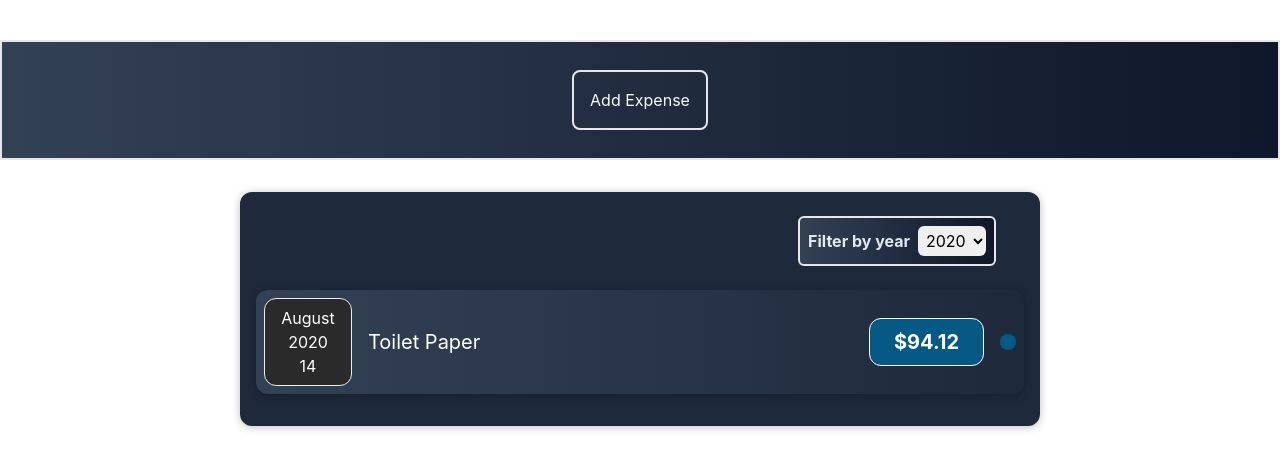
Repository: Sef24/expense-tracker
Page: /
These files come from the project's save history. The page is drawn as it stood at one moment and after the next save; the edit follows.
The browser window is 1280 px wide. The pictures show the whole page.
The project was rebuilt for these pictures with package versions that can differ from the ones it lists, and the page was loaded fresh each time. Also part of the build but not shown: src/components/NewExpense/NewExpense.css, src/components/NewExpense/ExpenseForm.css, src/components/NewExpense/ExpenseForm.js.

Above is the page before, as saved 2022-05-03 16:36:44.

### public/index.html
<!DOCTYPE html>
<html lang="en">
  <head>
    <meta charset="utf-8" />
    <link rel="icon" href="%PUBLIC_URL%/favicon.ico" />
    <meta name="viewport" content="width=device-width, initial-scale=1" />

    <meta
      name="description"
      content="Web site created using create-react-app"
    />
    <link rel="apple-touch-icon" href="%PUBLIC_URL%/logo192.png" />
    <!--
      manifest.json provides metadata used when your web app is installed on a
      user's mobile device or desktop. See https://developers.google.com/web/fundamentals/web-app-manifest/
    -->
    <link rel="manifest" href="%PUBLIC_URL%/manifest.json" />
    <!--
      Notice the use of %PUBLIC_URL% in the tags above.
      It will be replaced with the URL of the `public` folder during the build.
      Only files inside the `public` folder can be referenced from the HTML.

      Unlike "/favicon.ico" or "favicon.ico", "%PUBLIC_URL%/favicon.ico" will
      work correctly both with client-side routing and a non-root public URL.
      Learn how to configure a non-root public URL by running `npm run build`.
    -->
    <title>React App</title>
  </head>
  <body>
    <noscript>You need to enable JavaScript to run this app.</noscript>
    <div id="root"></div>
    <!--
      This HTML file is a template.
      If you open it directly in the browser, you will see an empty page.

      You can add webfonts, meta tags, or analytics to this file.
      The build step will place the bundled scripts into the <body> tag.

      To begin the development, run `npm start` or `yarn start`.
      To create a production bundle, use `npm run build` or `yarn build`.
    -->
  </body>
</html>

### src/App.js
import Expenses from "./components/Expenses";
import NewExpense from "./components/NewExpense/NewExpense";
import { useState } from "react";

const DUMMY_DATA = [
  {
    id: "e1",
    title: "Toilet Paper",
    amount: 94.12,
    date: new Date(2020, 7, 14),
  },
  { id: "e2", title: "New TV", amount: 799.49, date: new Date(2021, 2, 12) },
  {
    id: "e3",
    title: "Car Insurance",
    amount: 294.67,
    date: new Date(2021, 2, 28),
  },
  {
    id: "e4",
    title: "New Desk (Wooden)",
    amount: 450,
    date: new Date(2021, 5, 12),
  },
];

function App() {
  const [expenses, setExpenses] = useState(DUMMY_DATA);

  const addExpenseHandler = (expense) => {
    setExpenses((prevExpenses) => {
      return [expense, ...prevExpenses];
    });
  };
  return (
    <div>
      <div>
        <NewExpense onAddExpense={addExpenseHandler} />
        <Expenses items={expenses} />
      </div>
    </div>
  );
}

export default App;

### src/components/Expenses.js
import React, { useState } from "react";
import ExpenseItem from "./ExpenseItem";
import "./Expenses.css";
import ExpensesList from "./ExpensesList";
import ExpensesFilter from "./NewExpense/ExpensesFilter";

function Expenses(props) {
  const [filteredYear, setFilteredYear] = useState("2020");

  const filterChangeHandler = (selectedYear) => {
    setFilteredYear(selectedYear);
  };

  const filteredExpenses = props.items.filter((expense) => {
    return expense.date.getFullYear().toString() === filteredYear;
  });

  return (
    <div>
      <div className="expenses  bg-slate-800 ... ">
        <ExpensesFilter
          selected={filteredYear}
          onChangeFilter={filterChangeHandler}
        />
        <ExpensesList items={filteredExpenses} />
      </div>
    </div>
  );
}

export default Expenses;

### src/components/NewExpense/NewExpense.js
import React from "react";
import "./NewExpense.css";
import ExpenseForm from "./ExpenseForm";
import { useState } from "react";

function NewExpense(props) {
  const [isEditing, setIsEditing] = useState(false);

  const saveExpenseDataHandler = (enteredExpenseData) => {
    const expenseData = {
      ...enteredExpenseData,
      id: Math.random().toString(),
    };

    props.onAddExpense(expenseData);
    setIsEditing(false);
  };

  const startEditingHandler = () => {
    setIsEditing(true);
  };

  const stopEditingHandler = () => {
    setIsEditing(false);
  };

  return (
    <div
      className="flex w-full p-7 mt-10 items-center justify-center border-2
      bg-gradient-to-r from-slate-700 to-slate-900 ... px-20"
    >
      {!isEditing && (
        <button
          onClick={startEditingHandler}
          className="flex items-center justify-center border-2 p-4 rounded-lg text-slate-50"
        >
          Add Expense
        </button>
      )}
      {isEditing && (
        <ExpenseForm
          onSaveExpenseData={saveExpenseDataHandler}
          onCancel={stopEditingHandler}
        />
      )}
    </div>
  );
}

export default NewExpense;

### src/components/ExpenseItem.js
import React, { useState } from "react";
import "./ExpenseItem.css";
import ExpenseDate from "./ExpenseDate";

function ExpenseItem(props) {
  const [title, setTitle] = useState(props.title);

  const clickHandler = () => {
    setTitle("Updated");
    console.log(title);
  };

  return (
    <li>
      <div className="expense-item bg-gradient-to-r  from-slate-700  to-slate-800 ... border-x-cyan-100 ">
        <ExpenseDate date={props.date} />

        <div className="expense-item__description">
          <h2>{props.title}</h2>

          <div className="expense-item__price bg-sky-800">${props.amount}</div>
        </div>
        <button
          className="p-2 ml-4 border-transparent rounded-full border-0
        bg-sky-800 font-bold text-slate-50"
          onClick={clickHandler}
        ></button>
      </div>
    </li>
  );
}

export default ExpenseItem;

### src/components/Expenses.css
.expenses {
  padding: 1rem;

  margin: 2rem auto;
  width: 50rem;
  max-width: 95%;
  border-radius: 12px;
  box-shadow: 0 1px 8px rgba(0, 0, 0, 0.25);
}

### src/components/ExpensesList.js
import React from "react";

import ExpenseItem from "./ExpenseItem";

const ExpensesList = (props) => {
  if (props.items.length === 0) {
    return (
      <h2 className="text-white font-extrabold text-xl flex items-center justify-center">
        Found no expenses...
      </h2>
    );
  }

  return (
    <ul>
      {props.items.map((expense) => (
        <ExpenseItem
          key={expense.id}
          id={expense.id}
          title={expense.title}
          amount={expense.amount}
          date={expense.date}
        />
      ))}
    </ul>
  );
};

export default ExpensesList;

### src/components/NewExpense/ExpensesFilter.js
import React from "react";

const ExpensesFilter = (props) => {
  const dropdownChangeHandler = (event) => {
    props.onChangeFilter(event.target.value);
  };
  return (
    <div className="">
      <div className="flex justify-end p-2 mr-5 ">
        <div
          className="border-2  rounded-md border-inherit p-2 ml-6
        bg-gradient-to-r from-slate-700 to-slate-900 ..."
        >
          <label className="text-slate-200 font-bold mr-2">
            Filter by year
          </label>
          <select
            value={props.selected}
            onChange={dropdownChangeHandler}
            className="rounded-md p-1"
          >
            <option value="2022">2022</option>
            <option value="2021">2021</option>
            <option value="2020">2020</option>
            <option value="2019">2019</option>
          </select>
        </div>
      </div>
    </div>
  );
};

export default ExpensesFilter;

### src/components/ExpenseItem.css
.expense-item {
  display: flex;
  justify-content: space-between;
  align-items: center;
  box-shadow: 0 2px 8px rgba(0, 0, 0, 0.25);
  padding: 0.5rem;
  margin: 1rem 0;
  border-radius: 12px;
}

.expense-item__description {
  display: flex;
  flex-direction: column;
  gap: 1rem;
  align-items: flex-end;
  flex-flow: column-reverse;
  justify-content: flex-start;
  flex: 1;
}

.expense-item h2 {
  color: #3a3a3a;
  font-size: 1rem;
  flex: 1;
  margin: 0 1rem;
  color: white;
}

.expense-item__price {
  font-size: 1rem;
  font-weight: bold;
  color: white;

  border: 1px solid white;
  padding: 0.5rem;
  border-radius: 12px;
}

@media (min-width: 580px) {
  .expense-item__description {
    flex-direction: row;
    align-items: center;
    justify-content: flex-start;
    flex: 1;
  }

  .expense-item__description h2 {
    font-size: 1.25rem;
  }

  .expense-item__price {
    font-size: 1.25rem;
    padding: 0.5rem 1.5rem;
  }
}

### src/components/ExpenseDate.js
import React from "react";
import "./ExpenseDate.css";

function ExpenseDate(props) {
  const month = props.date.toLocaleString("en-US", { month: "long" });
  const day = props.date.getDate();
  const year = props.date.getFullYear();

  return (
    <div className="expense-date">
      <div className="expense__month">{month}</div>
      <div className="expense__year">{year}</div>
      <div className="expense__day">{day}</div>
    </div>
  );
}

export default ExpenseDate;

Loaded but not shown: src/index.js (common file); src/index.css (common file); src/components/ExpenseDate.css (common file); tailwind.config.js (common file)

After the next save:
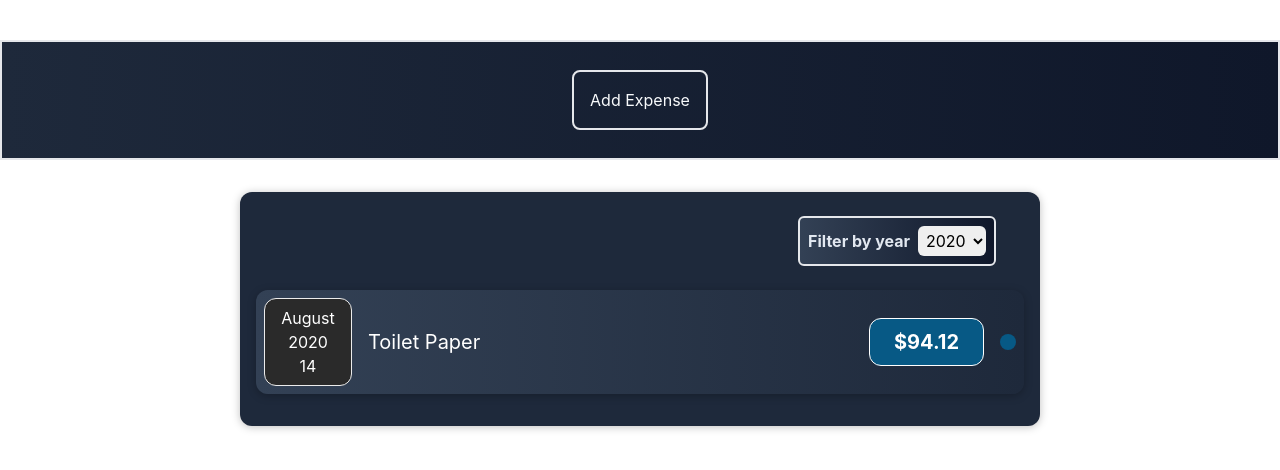
Saved 6 s later.
--- a/src/components/NewExpense/NewExpense.js
+++ b/src/components/NewExpense/NewExpense.js
@@ -27,7 +27,7 @@ function NewExpense(props) {
   return (
     <div
       className="flex w-full p-7 mt-10 items-center justify-center border-2
-      bg-gradient-to-r from-slate-700 to-slate-900 ... px-20"
+      bg-gradient-to-r from-slate-800 to-slate-900 ... px-20"
     >
       {!isEditing && (
         <button
